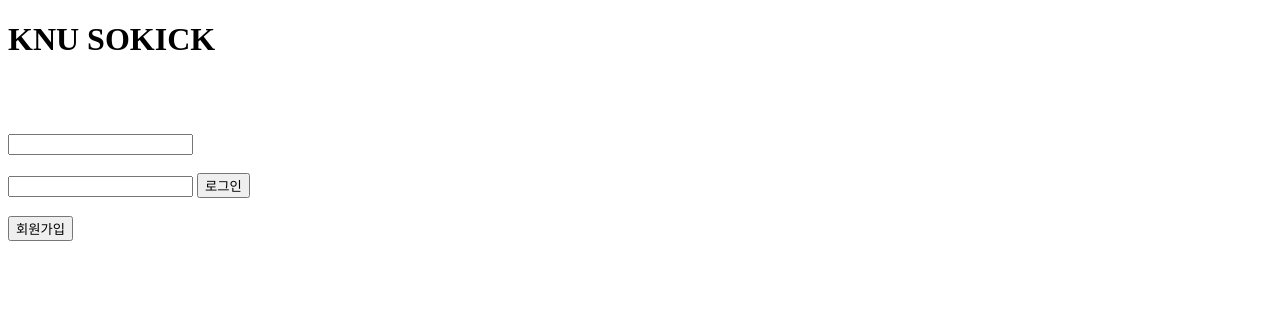
Repository: sangmin95/DB_sokick
Page: http://localhost/SoKick/Login.jsp
The author's editor kept a copy of each file at every save. The page is drawn from the files as they stood at one save, then again after the next save.
The browser window is 1280 px wide. The pictures show the whole page.
The page is served by Tomcat 9.

Above is the page before, as saved 2018-12-18 12:52:18.

After the next save:
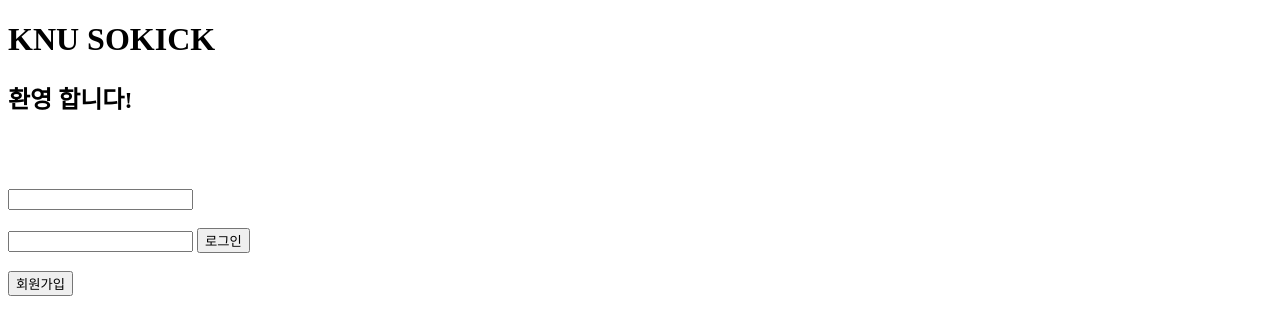
Saved 3 min 28 s later.
--- a/SoKick/SoKick/WebContent/Login.jsp
+++ b/SoKick/SoKick/WebContent/Login.jsp
@@ -14,9 +14,19 @@
 
     <%
         // 현재 로그인된 아이디가 없다면 (= session에 저장된 id가 없다면)
-        if(session.getAttribute("id") == null) {
+        if(session.getAttribute("sid") == null) {
             %>
             <h1> KNU SOKICK </h1>
+            <%
+            if(session.getAttribute("loginError") == null) {
+            %>
+            	<h2> 환영 합니다! </h2>
+            <%
+            }
+            else{
+
+            }
+            %>
             <br /> <form action="LoginCheck.jsp" method="post">
             <br />
             <br /> <input name="input_id" type="text">
@@ -29,7 +39,6 @@
         // 현재 로그인된 아이디가 있다면 (= session에 저장된 id가 있다면)
         else {
             out.print(session.getAttribute("sname") + " 님 환영합니다");
-
             %>
             <br /> <button onClick="location.href='Main.jsp'"> 확인 </button>
             <%
